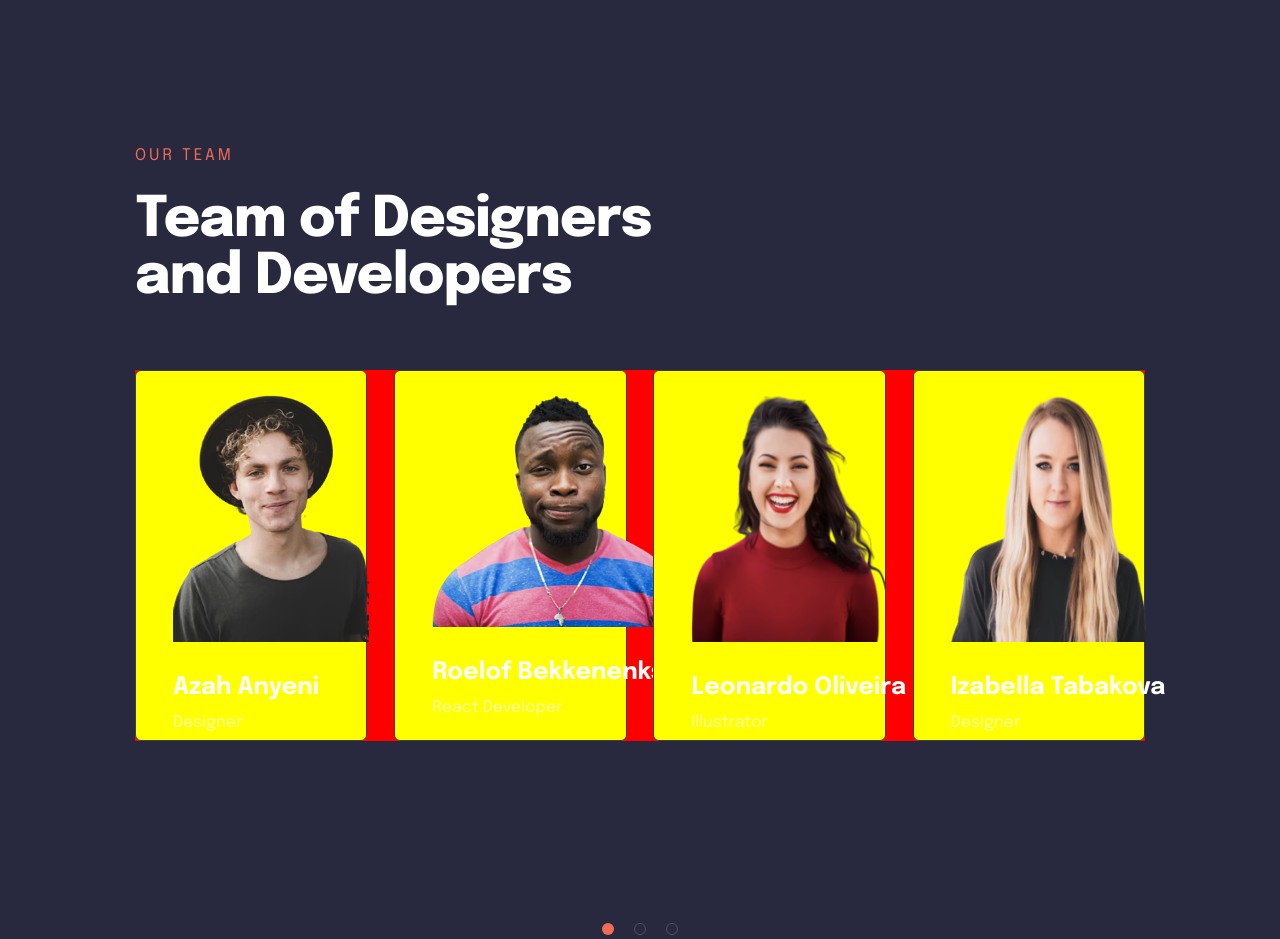
Repository: simralgasimov/ourteam
Page: index.html
These files come from the project's save history. The page is drawn as it stood at one moment and after the next save; the edit follows.
The browser window is 1280 px wide. The pictures show the whole page.

Above is the page before, as saved 2023-09-06 13:05:22.

After the next save:
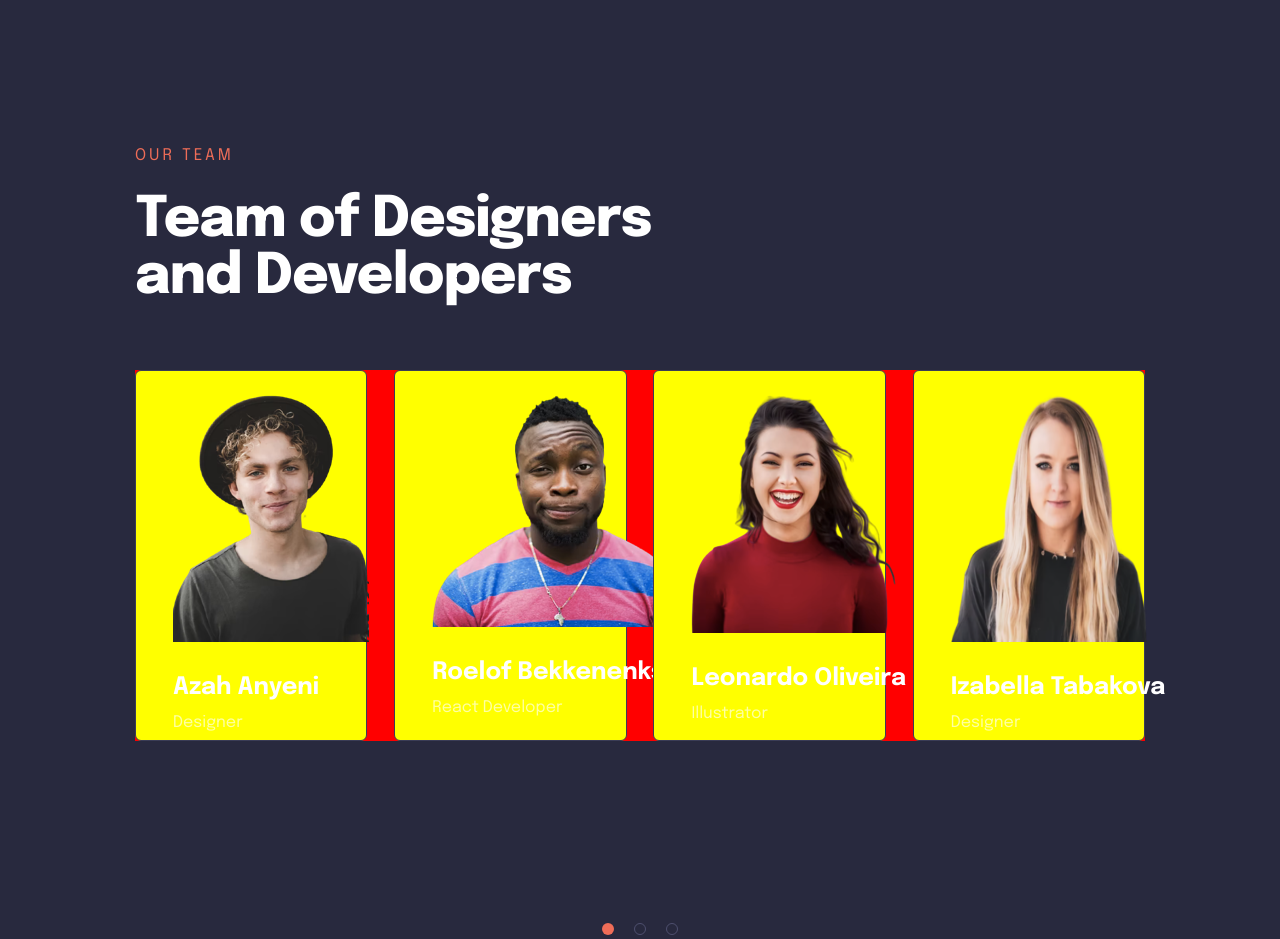
Saved 11 s later.
--- a/index.css
+++ b/index.css
@@ -60,8 +60,8 @@
   height: 232px;
 }
 .container-1 .box:nth-child(3) img {
-  width: 196px;
-  height: 247px;
+  width: 205px;
+  height: 238px;
 }
 .container-1 .box:last-child img {
   width: 196px;
